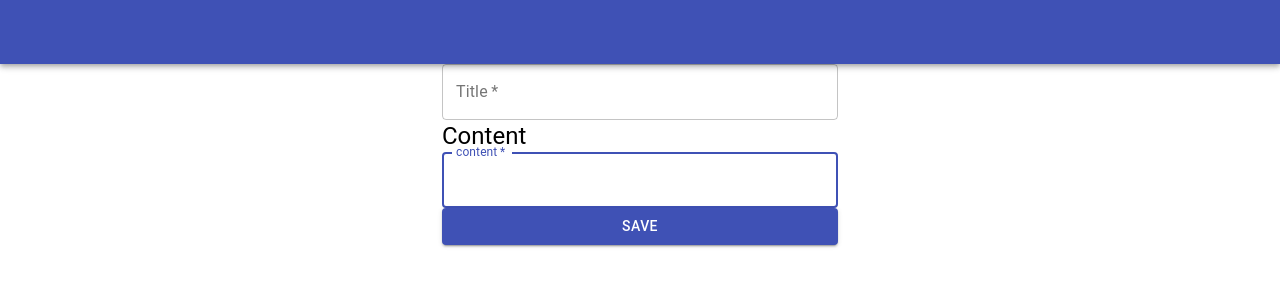
Repository: JX-Zhuang/todo
Page: /detail
An editor plug-in stored every save of this project. The page is shown before and after the next save, followed by the edit.
The browser window is 1280 px wide. The pictures show the whole page.
The project was rebuilt for these pictures with package versions that can differ from the ones it lists, and the page was loaded fresh each time. Also part of the build but not shown: src/components/Avatar/index.js, src/components/List/Item.js, src/components/List/List.js, src/utils/deleteItem.js, src/components/List/index.js, src/components/Login/index.js, src/components/Register/index.js.

Above is the page before, as saved 2019-06-17 13:57:38.

### src/App.js
import React from 'react';
import AppBar from './components/AppBar';
import List from './components/List';
import Detail from './components/Detail';
import Grid from '@material-ui/core/Grid';
import Login from './components/Login';
import Register from './components/Register';
import { BrowserRouter as Router, Route, Link } from "react-router-dom";
function App() {
  return (
    <Router>
      <Grid container direction='column'>
        <Route path="/" component={AppBar} />
        <Route path="/list" component={List} />
        <Route path="/detail" component={Detail} />
        <Route path='/login' component={Login}/>
        <Route path='/register' component={Register}/>
      </Grid>
    </Router>
  );
}

export default App;

### src/components/AppBar/index.js
import React from 'react';
import { makeStyles } from '@material-ui/core/styles';
import AppBar from '@material-ui/core/AppBar';
import Toolbar from '@material-ui/core/Toolbar';
import Typography from '@material-ui/core/Typography';
import PropTypes from 'prop-types';
import Avatar from '../Avatar';
const useStyles = makeStyles(theme => ({
    root: {
        flexGrow: 1,
    },
    menuButton: {
        marginRight: theme.spacing(2),
    },
    title: {
        flexGrow: 1,
    },
}));

export default function MenuAppBar({ title, login }) {
    const classes = useStyles();

    return (
        <AppBar position="static">
            <Toolbar>
                <Typography variant="h6" className={classes.title}>
                    {title}
                </Typography>
                {login && <Avatar />}
            </Toolbar>
        </AppBar>
    );
}
MenuAppBar.propTypes = {
    title: PropTypes.string,
    login: PropTypes.bool
};

### src/components/Detail/index.js
import React from 'react';
import PropTypes from 'prop-types';
import Grid from '@material-ui/core/Grid';
import Content from './Content';
import Title from './Title';
import Button from '@material-ui/core/Button';
import Container from '@material-ui/core/Container';
export default function Detail(props) {
    const [title, setTitle] = React.useState(props.title);
    const [content, setContent] = React.useState(props.content);
    const [prevTitle, setPrevTitle] = React.useState(null);
    const [prevContent, setPrevContent] = React.useState(null);
    if (props.title !== prevTitle) {
        setTitle(props.title);
        setPrevTitle(props.title);
    }
    if (props.content !== prevContent) {
        setContent(props.content);
        setPrevContent(props.content);
    }
    const handleClick = e => props.save({
        title, content
    });
    return (
        <Container component="main" maxWidth="xs">
            <Grid container direction={'column'}>
                <Title value={title} onChange={setTitle} />
                <Content value={content} onChange={setContent} />
                <Grid item xs={12}>
                    <Button
                        type="submit"
                        fullWidth
                        variant="contained"
                        color="primary"
                        // className={classes.submit}
                        onClick={handleClick}
                    >
                        Save
                   </Button>
                </Grid>
            </Grid>
        </Container>
    )
}
Detail.defaultProps = {
    title: '',
    content: '',
    save: () => { }
};
Detail.propTypes = {
    title: PropTypes.string,
    content: PropTypes.string,
    save: PropTypes.func
};

### src/components/Detail/Content.js
import React from 'react';
import PropTypes from 'prop-types';
import Grid from '@material-ui/core/Grid';
import Typography from '@material-ui/core/Typography';
import TextField from '@material-ui/core/TextField';
export default function Content({ value, onChange }) {
    const handleChange = e => onChange(e.target.value);
    return <Grid item xs={12}>
        <Typography component="h1" variant="h5">
            Content
        </Typography>
        <TextField
            autoComplete="content"
            name="content"
            variant="outlined"
            required
            fullWidth
            id="content"
            label="content"
            onChange={handleChange}
            autoFocus
            value={value}
        />
    </Grid>
}
Content.propTypes = {
    value: PropTypes.string,
    onChange: PropTypes.func
};

### src/components/Detail/Title.js
import React from 'react';
import PropTypes from 'prop-types';
import Grid from '@material-ui/core/Grid';
import Typography from '@material-ui/core/Typography';
import TextField from '@material-ui/core/TextField';
export default function Title({ value, onChange }) {
    const handleChange = e => onChange(e.target.value);
    return <Grid item xs={12}>
        <TextField
            autoComplete="title"
            name="title"
            variant="outlined"
            required
            fullWidth
            id="title"
            label="Title"
            onChange={handleChange}
            autoFocus
            value={value}
        />
    </Grid>
}
Title.propTypes = {
    value: PropTypes.string,
    onChange: PropTypes.func
};

Loaded but not shown: public/index.html (common file); src/index.js (common file); src/index.css (common file); src/serviceWorker.js (common file)

After the next save:
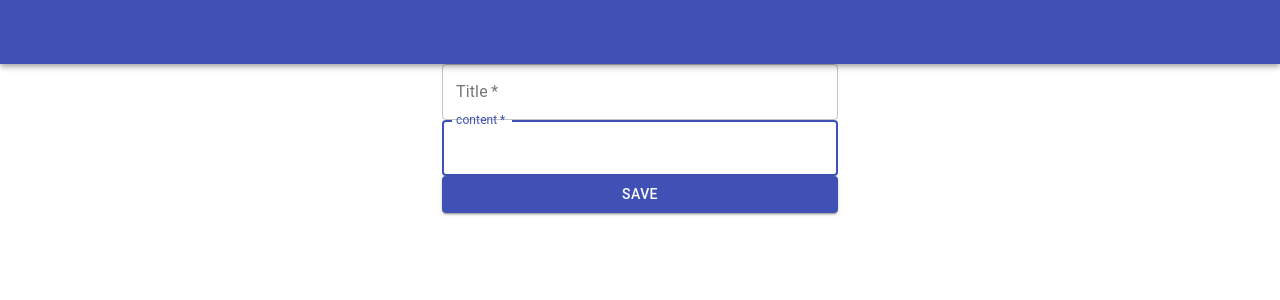
Saved 7 s later.
--- a/src/components/Detail/Content.js
+++ b/src/components/Detail/Content.js
@@ -6,9 +6,6 @@ import TextField from '@material-ui/core/TextField';
 export default function Content({ value, onChange }) {
     const handleChange = e => onChange(e.target.value);
     return <Grid item xs={12}>
-        <Typography component="h1" variant="h5">
-            Content
-        </Typography>
         <TextField
             autoComplete="content"
             name="content"
